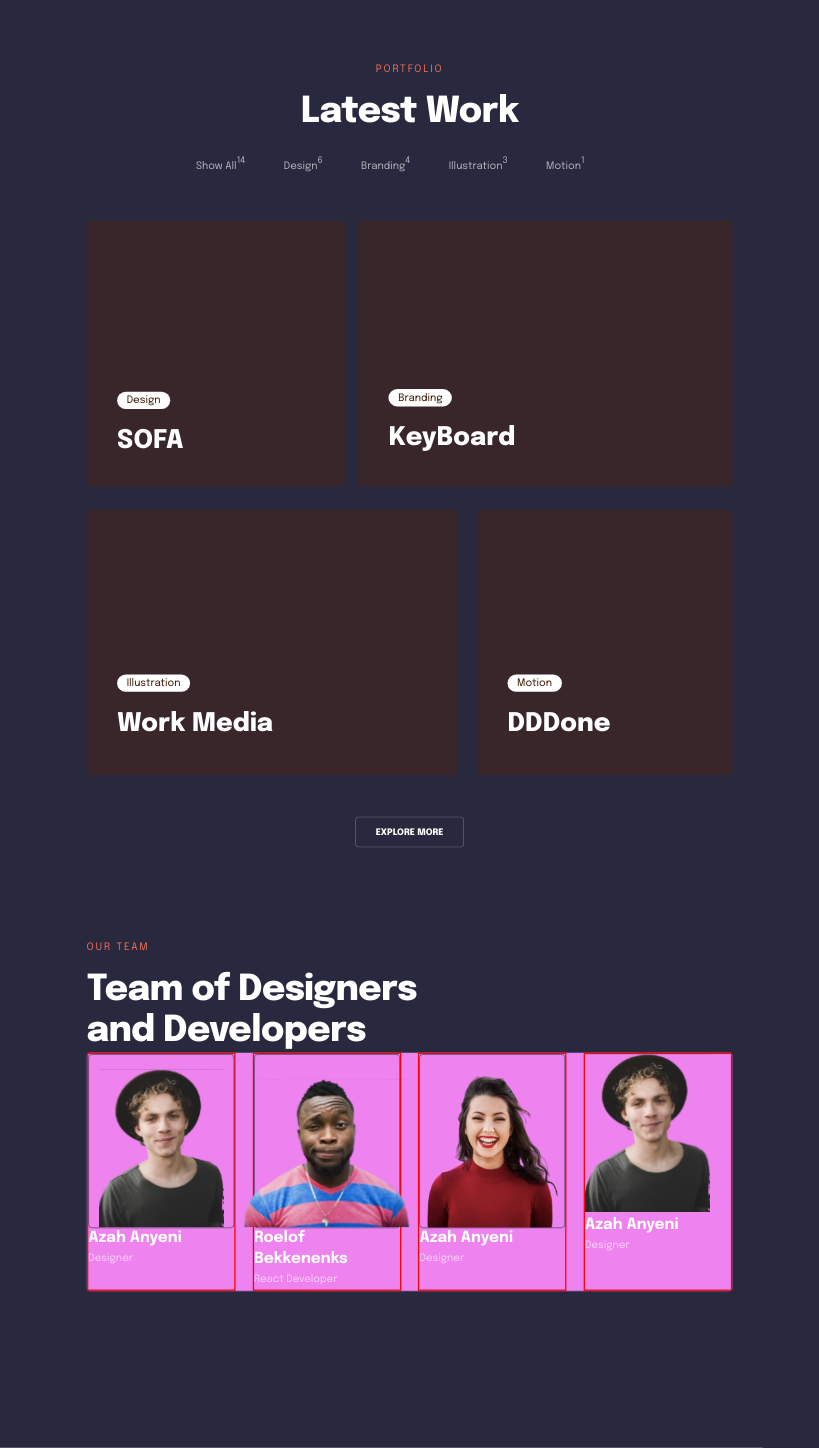
Repository: FidanXankishiyeva/figma-positions-task
Page: index.html
An editor plug-in stored every save of this project. The page is shown before and after the next save, followed by the edit.
The browser window is 1280 px wide. The pictures show the whole page, at 64% of full size.

Above is the page before, as saved 2023-08-10 13:48:27.

After the next save:
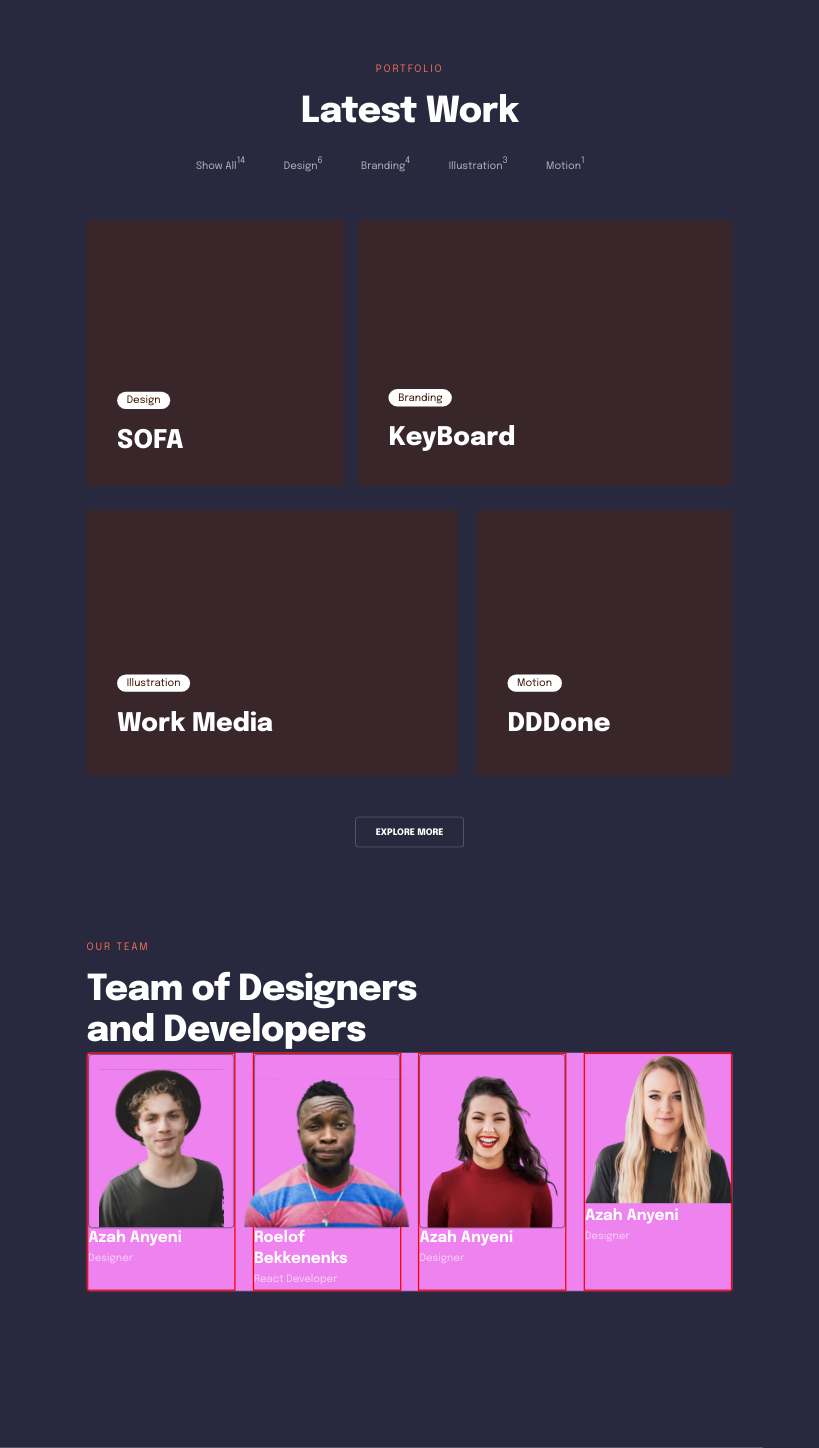
Saved 5 s later.
--- a/index.html
+++ b/index.html
@@ -108,7 +108,7 @@
                         <h6>Designer</h6>
                     </li>
                     <li>
-                        <img src="./photo/azah.svg" alt="">
+                        <img src="./photo/Bitmap (1).png" alt="">
                         <h5>Azah Anyeni</h5>
                         <h6>Designer</h6>
                     </li>
